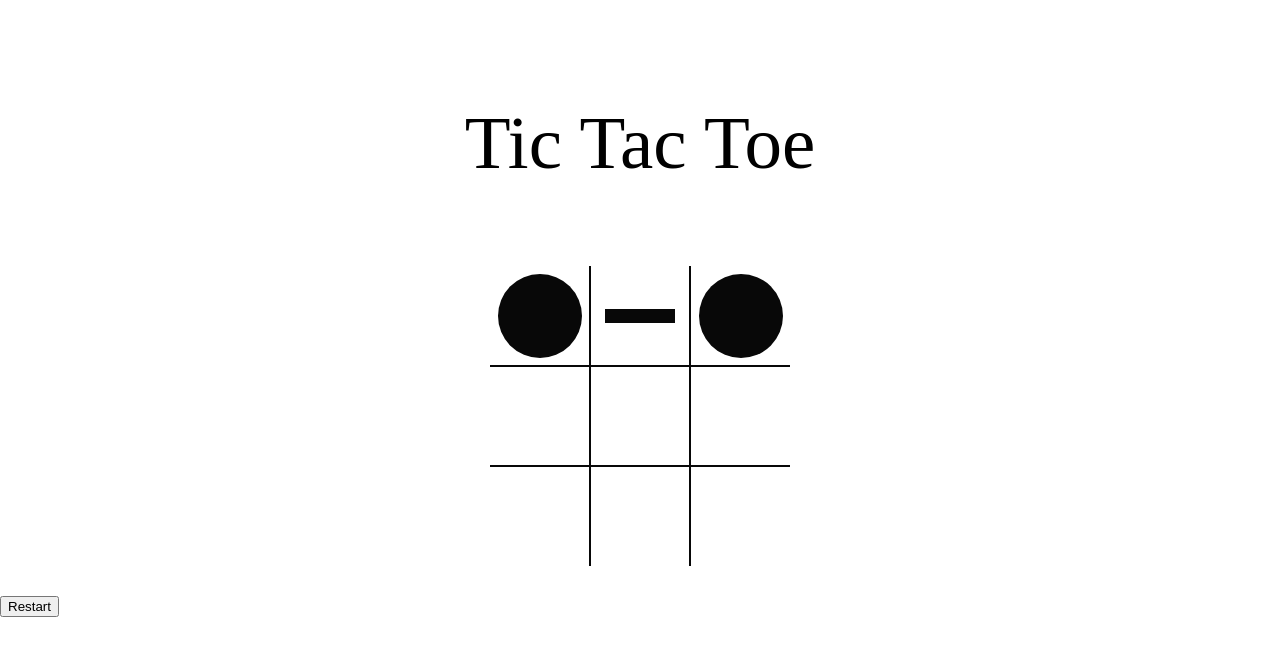
Repository: kkyler24/MCLA
Page: devFiles/TictactoeFiles/ticTacToe.html
An editor plug-in stored every save of this project. The page is shown before and after the next save, followed by the edit.
The browser window is 1280 px wide. The pictures show the whole page.
Some web libraries are served in a nearby version.

Above is the page before, as saved 2020-04-22 23:54:34.

After the next save:
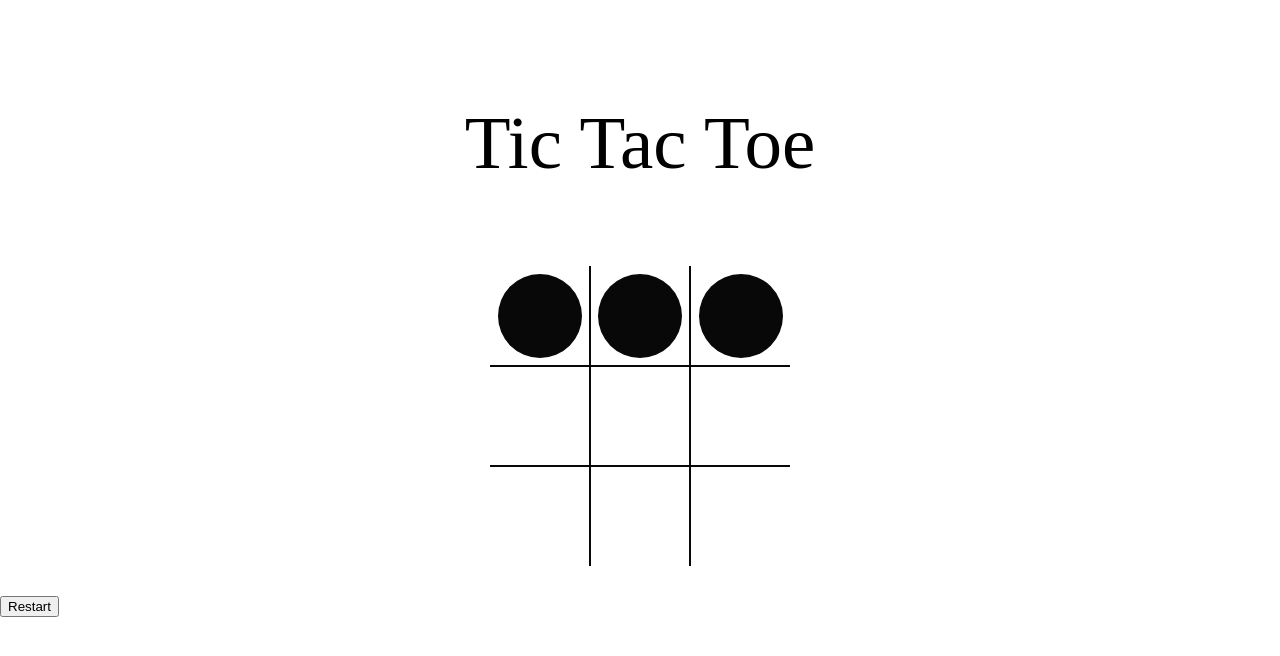
Saved 8 s later.
--- a/devFiles/TictactoeFiles/ticTacToe.html
+++ b/devFiles/TictactoeFiles/ticTacToe.html
@@ -29,7 +29,7 @@
         <h1>Tic Tac Toe</h1>
         <div class="BoardOne" id="BoardOne">
             <div class="cellBOne circle" data-cell></div>
-            <div class="cellBOne dash" data-cell></div>
+            <div class="cellBOne circle" data-cell></div>
             <div class="cellBOne circle" data-cell></div>
             <div class="cellBOne" data-cell></div>
             <div class="cellBOne" data-cell></div>
